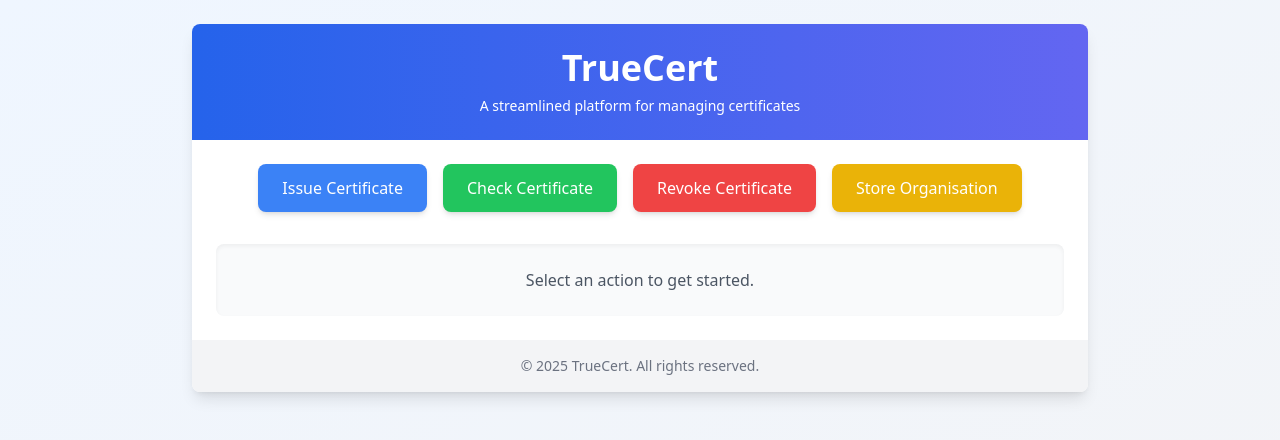
Repository: virtualvasu/TrueCert
Page: / (app in client/)
These files come from the project's save history. The page is drawn as it stood at one moment and after the next save; the edit follows.
The browser window is 1280 px wide. The pictures show the whole page.
The project was rebuilt for these pictures with package versions that can differ from the ones it lists, and the page was loaded fresh each time. Also part of the build but not shown: client/vite.config.js, client/src/components/organisation/IssueCertificate.jsx, client/src/components/organisation/CheckCertificate.jsx, client/src/components/organisation/RevokeCertificate.jsx, client/src/components/organisation/StoreOrganisation.jsx.

Above is the page before, as saved 2025-01-07 23:52:45.

### client/index.html
<!doctype html>
<html lang="en">
  <head>
    <meta charset="UTF-8" />
    <link rel="icon" type="image/svg+xml" href="/vite.svg" />
    <meta name="viewport" content="width=device-width, initial-scale=1.0" />
    <title>TrueCert</title>
  </head>
  <body>
    <div id="root"></div>
    <script type="module" src="/src/main.jsx"></script>

  </body>
</html>

### client/src/App.jsx
import React, { useState } from 'react';
import IssueCertificate from './components/organisation/IssueCertificate';
import CheckCertificate from './components/organisation/CheckCertificate';
import RevokeCertificate from './components/organisation/RevokeCertificate';
import StoreOrganisation from './components/organisation/StoreOrganisation';

function App() {
  const [activeComponent, setActiveComponent] = useState(null);

  return (
    <div className="p-6 bg-gradient-to-br from-blue-50 to-gray-100 min-h-screen">
      <div className="max-w-4xl mx-auto shadow-lg bg-white rounded-lg overflow-hidden">
        <header className="bg-gradient-to-r from-blue-600 to-indigo-500 p-6">
          <h1 className="text-4xl font-extrabold text-center text-white">TrueCert</h1>
          <p className="text-center text-white mt-2 text-sm">
            A streamlined platform for managing certificates
          </p>
        </header>
        <main className="p-6">
          <div className="flex justify-center space-x-4 mb-8">
            <button
              onClick={() => setActiveComponent('IssueCertificate')}
              className={`px-6 py-3 font-medium text-white rounded-lg shadow-md transition ${activeComponent === 'IssueCertificate'
                  ? 'bg-blue-700'
                  : 'bg-blue-500 hover:bg-blue-600'
                }`}
            >
              Issue Certificate
            </button>
            <button
              onClick={() => setActiveComponent('CheckCertificate')}
              className={`px-6 py-3 font-medium text-white rounded-lg shadow-md transition ${activeComponent === 'CheckCertificate'
                  ? 'bg-green-700'
                  : 'bg-green-500 hover:bg-green-600'
                }`}
            >
              Check Certificate
            </button>
            <button
              onClick={() => setActiveComponent('RevokeCertificate')}
              className={`px-6 py-3 font-medium text-white rounded-lg shadow-md transition ${activeComponent === 'RevokeCertificate'
                  ? 'bg-red-700'
                  : 'bg-red-500 hover:bg-red-600'
                }`}
            >
              Revoke Certificate
            </button>
            <button
              onClick={() => setActiveComponent('StoreOrganisation')}
              className={`px-6 py-3 font-medium text-white rounded-lg shadow-md transition ${activeComponent === 'StoreOrganisation'
                  ? 'bg-yellow-700'
                  : 'bg-yellow-500 hover:bg-yellow-600'
                }`}
            >
              Store Organisation
            </button>
          </div>
          <div className="bg-gray-50 p-6 rounded-lg shadow-inner">
            {activeComponent === 'IssueCertificate' && (
              <div>
                <h2 className="text-2xl font-semibold mb-4 text-gray-800">
                  Issue Certificate
                </h2>
                <IssueCertificate />
              </div>
            )}
            {activeComponent === 'CheckCertificate' && (
              <div>
                <h2 className="text-2xl font-semibold mb-4 text-gray-800">
                  Check Certificate
                </h2>
                <CheckCertificate />
              </div>
            )}
            {activeComponent === 'RevokeCertificate' && (
              <div>
                <h2 className="text-2xl font-semibold mb-4 text-gray-800">
                  Revoke Certificate
                </h2>
                <RevokeCertificate />
              </div>
            )}
            {activeComponent === 'StoreOrganisation' && (
              <div>
                <h2 className="text-2xl font-semibold mb-4 text-gray-800">
                  Store Organisation
                </h2>
                <StoreOrganisation />
              </div>
            )}
            {!activeComponent && (
              <p className="text-gray-600 text-center">
                Select an action to get started.
              </p>
            )}
          </div>
        </main>
        <footer className="bg-gray-100 p-4 text-center">
          <p className="text-gray-500 text-sm">
            © 2025 TrueCert. All rights reserved.
          </p>
        </footer>
      </div>
    </div>
  );
}

export default App;

Loaded but not shown: client/src/main.jsx (common file); client/src/index.css (common file); client/tailwind.config.js (common file)

After the next save:
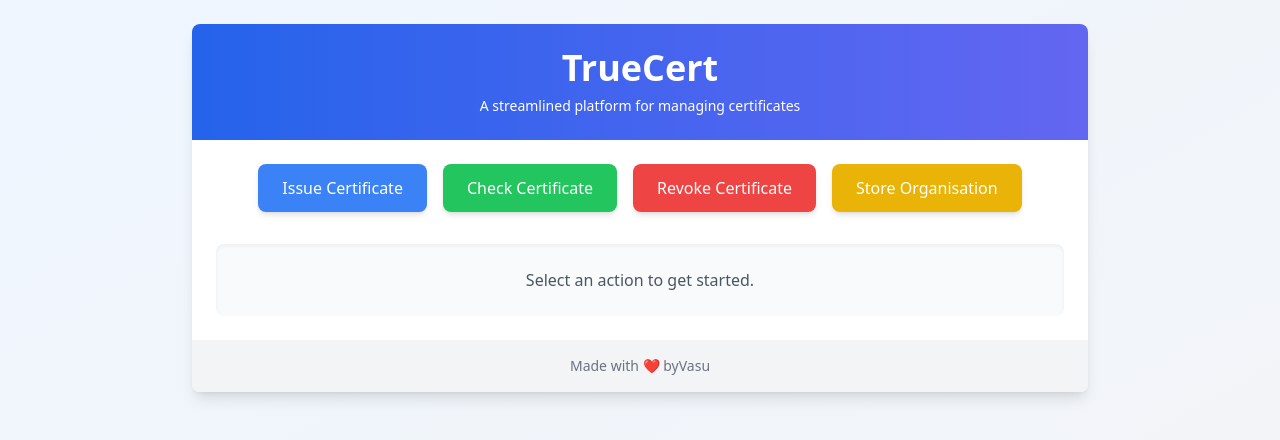
Saved 18 min 11 s later.
--- a/client/src/App.jsx
+++ b/client/src/App.jsx
@@ -97,7 +97,7 @@ function App() {
         </main>
         <footer className="bg-gray-100 p-4 text-center">
           <p className="text-gray-500 text-sm">
-            © 2025 TrueCert. All rights reserved.
+            Made with ❤️ by{'Vasu'}
           </p>
         </footer>
       </div>
